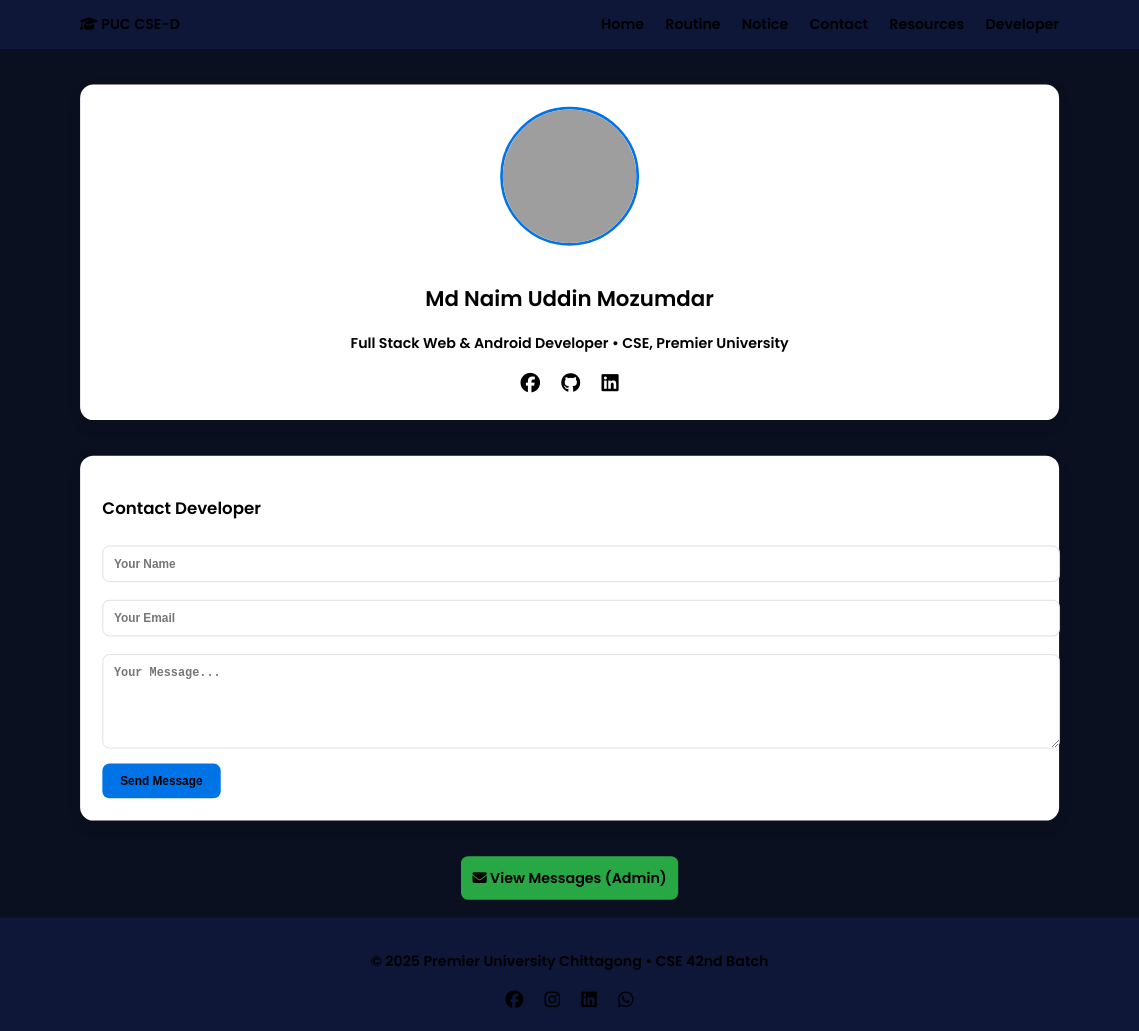
Repository: naimuddin1190/puc-class-management
Page: http://localhost/developer.php
These files come from the project's save history. The page is drawn as it stood at one moment and after a run of saves; the edit follows.
The browser window is 1280 px wide. The pictures show the whole page, at 89% of full size.
Pictures or frames that could not be fetched are drawn as grey boxes. The page is run by PHP 8.4 with error messages shown; the project is at /var/www/html/.

Above is the page before, as saved 2025-09-04 00:41:11.

### developer.php
<?php
session_start();
require "config.php";

// Handle contact form submit
if ($_SERVER["REQUEST_METHOD"] == "POST" && isset($_POST['contact_submit'])) {
    $name = $conn->real_escape_string($_POST['name']);
    $email = $conn->real_escape_string($_POST['email']);
    $message = $conn->real_escape_string($_POST['message']);

    $sql = "INSERT INTO developer_messages (name, email, message) VALUES ('$name','$email','$message')";
    if ($conn->query($sql) === TRUE) {
        $success = "✅ Your message has been sent successfully!";
    } else {
        $error = "❌ Error: " . $conn->error;
    }
}
?>
<!DOCTYPE html>
<html lang="en">
<head>
  <meta charset="UTF-8">
  <meta name="viewport" content="width=device-width, initial-scale=1">
  <title>Developer Info • PUC Section-D</title>
  <link href="https://fonts.googleapis.com/css2?family=Poppins:wght@300;400;600;700&display=swap" rel="stylesheet">
  <link href="https://cdnjs.cloudflare.com/ajax/libs/font-awesome/6.5.0/css/all.min.css" rel="stylesheet">
  <link rel="stylesheet" href="style.css">
  <style>
    /* Font Fixes: Black & Bold */
    body, h1, h2, h3, h4, h5, h6, p, a, li, input, textarea, button {
        color: #000 !important;
        font-weight: 600 !important;
        opacity: 1 !important;
    }
    .nav .menu a, .footer p, .footer .socials a {
        color: #000 !important;
        font-weight: 600;
        opacity: 1;
    }
    input, textarea {
        color: #000 !important;
        opacity: 1;
    }
    /* Developer Card & Contact Form */
    .dev-card {text-align:center; background:#fff; padding:25px; border-radius:15px; box-shadow:0 6px 15px rgba(0,0,0,0.1); margin:40px auto;}
    .dev-photo {width:150px; height:150px; border-radius:50%; object-fit:cover; margin-bottom:15px; border:3px solid #0073e6;}
    .dev-socials a {margin:0 10px; font-size:22px; color:#0073e6; transition:color 0.3s;}
    .dev-socials a:hover {color:#ff6600;}
    .contact-form {background:#fff; padding:25px; border-radius:15px; box-shadow:0 6px 15px rgba(0,0,0,0.1); margin:40px auto;}
    .contact-form input, .contact-form textarea {width:100%; padding:12px; margin:10px 0; border-radius:8px; border:1px solid #ddd;}
    .contact-form button {padding:12px 20px; background:#0073e6; color:#fff; border:none; border-radius:8px; cursor:pointer;}
    .contact-form button:hover {background:#005bb5;}
    .alert {padding:10px; margin-bottom:15px; border-radius:8px; font-size:14px;}
    .success {background:#d4edda; color:#155724;}
    .error {background:#f8d7da; color:#721c24;}
    .admin-btn {display:block; width:220px; margin:20px auto; padding:12px; background:#28a745; color:#fff; text-align:center; border-radius:8px; text-decoration:none; font-weight:600;}
    .admin-btn:hover {background:#218838;}
  </style>
</head>
<body>

  <!-- NAVBAR -->
  <nav class="nav">
    <div class="nav-inner container">
      <div class="brand"><i class="fa-solid fa-graduation-cap"></i> PUC CSE-D</div>
      <div class="menu">
        <a href="index.html#home">Home</a>
        <a href="index.html#routine">Routine</a>
        <a href="index.html#notice">Notice</a>
        <a href="index.html#contact">Contact</a>
        <a href="resources.php">Resources</a>
        <a href="developer.php">Developer</a>
      </div>
    </div>
  </nav>

  <div class="container">
    <!-- Developer Info -->
    <div class="dev-card">
      <img src="images/developer.jpg" alt="Developer Photo" class="dev-photo">
      <h2>Md Naim Uddin Mozumdar</h2>
      <p>Full Stack Web & Android Developer • CSE, Premier University</p>
      <div class="dev-socials">
        <a href="https://facebook.com/yourprofile" target="_blank"><i class="fab fa-facebook"></i></a>
        <a href="https://github.com/yourgithub" target="_blank"><i class="fab fa-github"></i></a>
        <a href="https://linkedin.com/in/yourlinkedin" target="_blank"><i class="fab fa-linkedin"></i></a>
      </div>
    </div>

    <!-- Contact Form -->
    <div class="contact-form">
      <h3>Contact Developer</h3>
      <?php if(isset($success)) echo "<div class='alert success'>$success</div>"; ?>
      <?php if(isset($error)) echo "<div class='alert error'>$error</div>"; ?>
      <form method="POST">
        <input type="text" name="name" placeholder="Your Name" required>
        <input type="email" name="email" placeholder="Your Email" required>
        <textarea name="message" rows="4" placeholder="Your Message..." required></textarea>
        <button type="submit" name="contact_submit">Send Message</button>
      </form>
    </div>

    <!-- Admin Button -->
    <a href="admin.php" class="admin-btn"><i class="fa-solid fa-envelope"></i> View Messages (Admin)</a>

  </div>

  <!-- FOOTER -->
  <footer class="footer">
    <p>© 2025 Premier University Chittagong • CSE 42nd Batch</p>
    <div class="socials">
      <a href="https://facebook.com"><i class="fab fa-facebook"></i></a>
      <a href="https://instagram.com"><i class="fab fa-instagram"></i></a>
      <a href="https://linkedin.com"><i class="fab fa-linkedin"></i></a>
      <a href="https://chat.whatsapp.com/your-group-link"><i class="fab fa-whatsapp"></i></a>
    </div>
  </footer>

</body>
</html>

### config.php
<?php
// Database connection
$host = "localhost";
$user = "root";
$pass = "";
$dbname = "puc_portal_db";

$conn = new mysqli($host, $user, $pass, $dbname);
if ($conn->connect_error) {
    die("Connection failed: " . $conn->connect_error);
}

// Admin PIN (🔒 তোমার মতো করে সেট করো)
$ADMIN_PIN = "1234";
?>

### style.css
:root {
  --bg: #0b1020;
  --card: #111a3a;
  --primary: #6d5ef6;
  --danger: #ef4444;
  --text: #e5e7eb;
}

body {
  margin: 0;
  font-family: 'Poppins', sans-serif;
  background: var(--bg);
  color: var(--text);
}

.container {
  width: min(1100px, 90%);
  margin: auto;
}

.section {
  padding: 50px 0;
}

/* Navbar */
.nav {
  background: #0e1738;
  position: sticky;
  top: 0;
  z-index: 100;
}
.nav-inner {
  display: flex;
  justify-content: space-between;
  align-items: center;
  padding: 15px 0;
}
.menu a {
  margin-left: 20px;
  text-decoration: none;
  color: var(--text);
}
.menu a:hover {
  color: var(--primary);
}

/* Hero */
.hero {
  display: flex;
  justify-content: space-between;
  align-items: center;
}
.clock-area {
  text-align: center;
}
#digitalClock {
  margin-top: 10px;
  font-size: 20px;
}

/* Routine */
#routineTable table {
  width: 100%;
  border-collapse: collapse;
}
#routineTable th, #routineTable td {
  border: 1px solid #444;
  padding: 8px;
  text-align: center;
}

/* Notices */
#noticeList {
  list-style: none;
  padding: 0;
}
#noticeList li {
  background: var(--card);
  padding: 10px;
  margin-bottom: 8px;
  border-radius: 5px;
  display: flex;
  flex-direction: column;
}
#noticeList small {
  font-size: 12px;
  color: #bbb;
  margin-bottom: 5px;
}
.delete-btn {
  background: transparent;
  border: none;
  color: var(--danger);
  cursor: pointer;
  font-size: 16px;
  align-self: flex-end;
}
.delete-btn:hover {
  color: #ff5555;
}
textarea {
  width: 100%;
  height: 80px;
  margin-top: 10px;
  padding: 8px;
  border-radius: 5px;
  border: none;
}

/* Contact */
.contact-grid {
  display: grid;
  grid-template-columns: repeat(auto-fit,minmax(220px,1fr));
  gap: 20px;
}
.card {
  background: var(--card);
  padding: 20px;
  border-radius: 10px;
}

/* Footer */
.footer {
  text-align: center;
  padding: 20px;
  background: #0e1738;
}
.footer .socials a {
  margin: 0 10px;
  color: var(--text);
  font-size: 20px;
}
.footer .socials a:hover {
  color: var(--primary);
}

/* Buttons & Admin Panel */
.btn {
  background: var(--primary);
  color: white;
  border: none;
  padding: 10px 15px;
  border-radius: 8px;
  cursor: pointer;
}
.btn:hover {
  opacity: 0.9;
}
.admin-panel {
  margin-top: 15px;
}
.admin-panel input, .admin-panel select {
  margin: 5px;
  padding: 8px;
  border-radius: 5px;
  border: none;
}





/* Admin panel (already exists? then keep whichever is nicer) */
.admin-panel {
  background: #0d1533;
  padding: 14px;
  border-radius: 10px;
  margin-top: 18px;
}

/* Bigger Notice box */
#newNotice {
  width: 100%;
  min-height: 110px;
  padding: 10px;
  border-radius: 10px;
  border: 1px solid #444;
  background: var(--card);
  color: var(--text);
  resize: vertical;
}

After the next 2 saves:
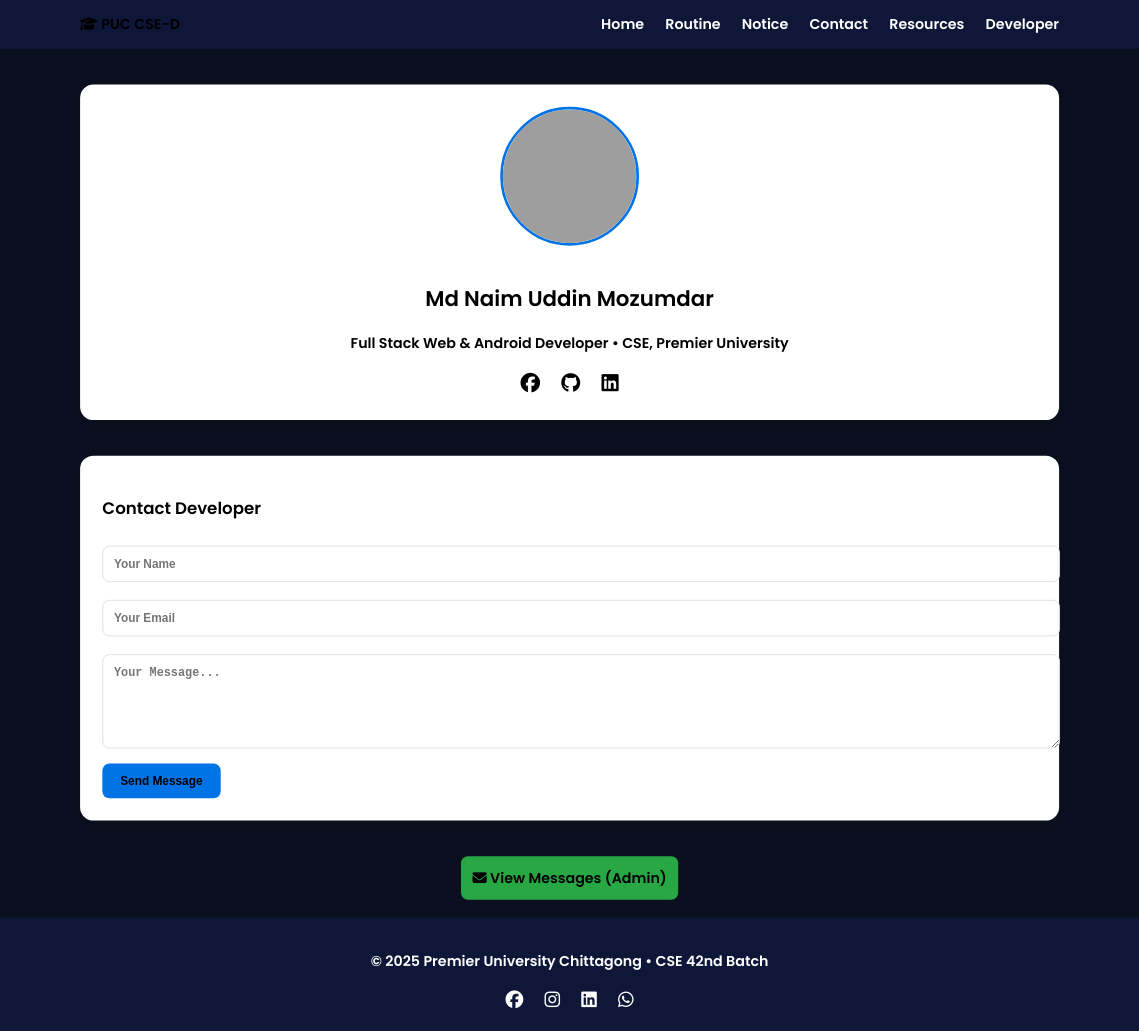
The 2 saves are shown as one change because they came seconds apart.
The last was saved 42 s later.
--- a/developer.php
+++ b/developer.php
@@ -33,7 +33,7 @@ if ($_SERVER["REQUEST_METHOD"] == "POST" && isset($_POST['contact_submit'])) {
         opacity: 1 !important;
     }
     .nav .menu a, .footer p, .footer .socials a {
-        color: #000 !important;
+        color: white !important;
         font-weight: 600;
         opacity: 1;
     }
